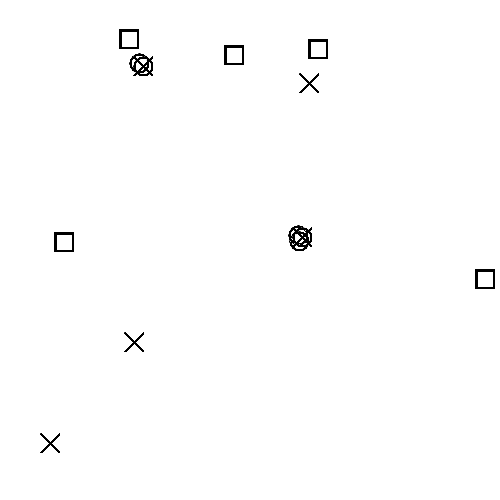
Repository: benceluzsinszky/rock-paper-scissors-simulation-pygame
Script's output: python main.py
These files come from the project's save history. The script's output is drawn as it stood at one moment and after the next save; the edit follows.
The window is shown after at most 60 frames with no key pressed. Random numbers start from a fixed seed. It also reads sprites/paper.png, sprites/rock.png, sprites/scissors.png.

Above is the script's output before, as saved 2023-04-24 19:42:08.

### main.py
import pygame
import sys
import random

from sprites import Sprite


class Game():
    """
    This class initializes the Pygame module and creates the game screen.
    """

    def __init__(self) -> None:
        """
        Initializes Pygame module and creates game screen.
        """
        pygame.init()

        self.clock = pygame.time.Clock()

        pygame.display.set_caption("Rock Paper Scissors")

        self.screen = pygame.display.set_mode((500, 500))

        self.rocks = pygame.sprite.Group()
        self.papers = pygame.sprite.Group()
        self.scissors = pygame.sprite.Group()

        self.sprite_groups = [self.rocks, self.papers, self.scissors]

        self.create_sprites("rock", self.rocks)
        self.create_sprites("paper", self.papers)
        self.create_sprites("scissors", self.scissors)

    def run_game(self):
        """
        Starts the game loop that continues until the user exits the game.
        """
        while True:
            self.check_events()
            self.update_screen()
            self.clock.tick(60)

    def update_screen(self):
        """
        Updates the game screen with new information.
        """
        self.screen.fill((255, 255, 255))

        for rock in self.rocks:
            rock.get_food_info(self.scissors)
            rock.eat()

        for group in self.sprite_groups:
            for sprite in group:
                sprite.blit_sprite()



        pygame.display.flip()

    def check_events(self):
        """
        Checks for user input events such as key presses or window close events.
        """
        for event in pygame.event.get():
            if event.type == pygame.QUIT:
                pygame.quit()
                sys.exit()
            elif event.type == pygame.KEYDOWN:
                if event.key == pygame.K_ESCAPE:
                    self.running = False

    def create_sprites(self, type, group):
        for _ in range(5):
            random_x = random.randint(10, 490)
            random_y = random.randint(10, 490)
            sprite = Sprite(self, type, (random_x, random_y))
            group.add(sprite)


if __name__ == "__main__":
    game = Game()
    game.run_game()

### sprites.py
import pygame
import math

from pygame.sprite import Sprite


class Sprite(Sprite):
    """
    Class that creats a Rock/Papaer/Scissor character.
    """
    def __init__(self, game, character=str, location=tuple) -> None:
        super().__init__()
        self.screen = game.screen
        self.image = pygame.image.load(f"sprites/{character}.png")
        self.image = pygame.transform.scale(self.image, (20, 20))
        self.image.set_colorkey((255, 255, 255))
        self.rect = self.image.get_rect()
        self.rect.x = location[0]
        self.rect.y = location[1]
        self.closest_food = None
        self.closest_food_distance = float("inf")

    def blit_sprite(self):
        self.screen.blit(self.image, self.rect)

    def get_food_info(self, food):
        for sprite in food:
            distance = math.sqrt((
                sprite.rect[0] - self.rect[1])**2 + (sprite.rect[1] - self.rect[1])**2)
            if distance < self.closest_food_distance:
                self.closest_food_distance = distance
                self.closest_food = sprite

    def eat(self):
        direction = pygame.math.Vector2(self.closest_food.rect.center) - pygame.math.Vector2(self.rect.center)
        try:
            direction.normalize_ip()
        except ValueError:
            pass
        self.rect.move_ip(direction * 10)

After the next save:
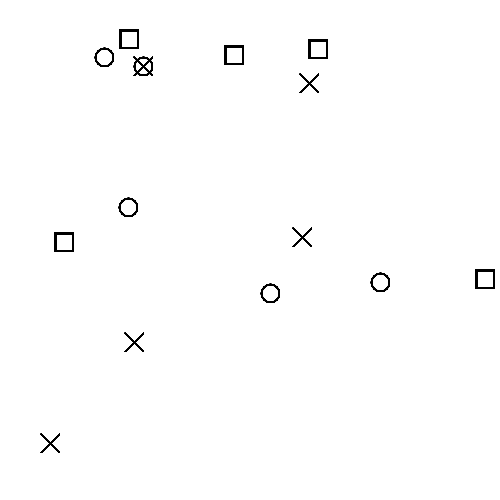
Saved 16 s later.
--- a/sprites.py
+++ b/sprites.py
@@ -37,4 +37,4 @@ class Sprite(Sprite):
             direction.normalize_ip()
         except ValueError:
             pass
-        self.rect.move_ip(direction * 10)
+        self.rect.move_ip(direction * 2)
